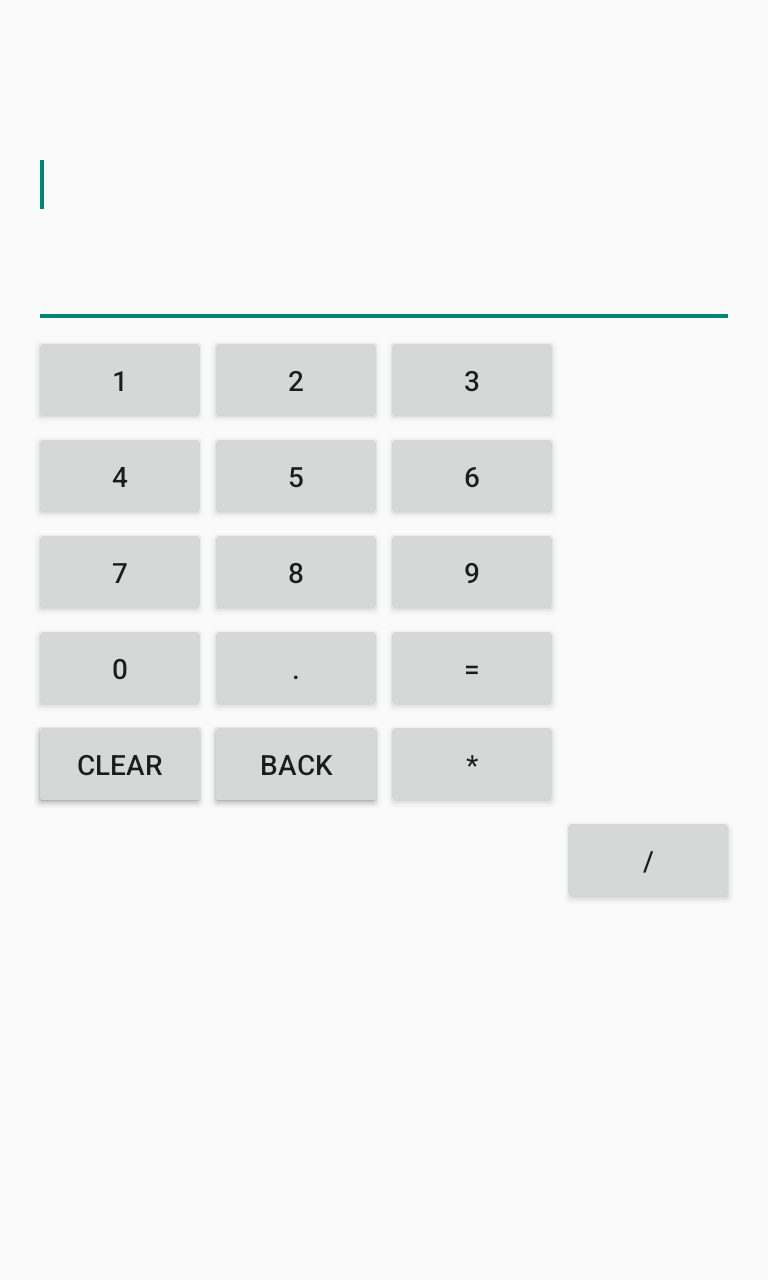
Repository: toa5/CS-399-Project-1
Layout: Calculator/res/layout/activity_calculator.xml
The author's editor kept a copy of each file at every save. The layout is drawn from the files as they stood at one save, then again after the next save.
It is drawn on a 768 x 1280 px phone screen (xhdpi) without system bars, with theme AppTheme; the app's code is not run.

Above is the layout before, as saved 2015-09-27 08:12:22.

### Calculator/res/layout/activity_calculator.xml
<RelativeLayout xmlns:android="http://schemas.android.com/apk/res/android"
    xmlns:tools="http://schemas.android.com/tools"
    xmlns:android1="http://schemas.android.com/apk/res/android"
    android:layout_width="match_parent"
    android:layout_height="match_parent"
    android:paddingBottom="@dimen/activity_vertical_margin"
    android:paddingLeft="@dimen/activity_horizontal_margin"
    android:paddingRight="@dimen/activity_horizontal_margin"
    android:paddingTop="@dimen/activity_vertical_margin"
    tools:context="com.cs399.calculator.CalculatorActivity" >

    <EditText
        android1:id="@+id/textBox"
        android1:layout_width="wrap_content"
        android1:layout_height="wrap_content"
        android1:layout_alignParentEnd="true"
        android1:layout_alignParentLeft="true"
        android1:layout_alignParentRight="true"
        android1:layout_alignParentStart="true"
        android1:layout_alignParentTop="true"
        android1:clickable="false"
        android1:ems="10"
        android1:inputType="text"
        android1:minHeight="150dp" >

        <requestFocus />
    </EditText>

    <Button android1:id="@+id/button1"
        android1:layout_width="wrap_content"
        android1:layout_height="wrap_content"
        android1:layout_alignLeft="@+id/textBox"
        android1:layout_alignStart="@+id/textBox"
        android1:layout_below="@+id/textBox"
        android1:text="@string/num_1" />

    <Button
        android1:id="@+id/button2"
        android1:layout_width="wrap_content"
        android1:layout_height="wrap_content"
        android1:layout_alignBottom="@+id/button1"
        android1:layout_toEndOf="@+id/button1"
        android1:layout_toRightOf="@+id/button1"
        android1:text="@string/num_2" />

    <Button
        android1:id="@+id/button3"
        android1:layout_width="wrap_content"
        android1:layout_height="wrap_content"
        android1:layout_alignTop="@+id/button2"
        android1:layout_toRightOf="@+id/button2"
        android1:layout_toEndOf="@+id/button2"
        android1:text="@string/num_3" />

    <Button
        android1:id="@+id/button4"
        android1:layout_width="wrap_content"
        android1:layout_height="wrap_content"
        android1:layout_alignStart="@+id/button1"
        android1:layout_alignLeft="@+id/button1"
        android1:layout_below="@+id/button1"
        android1:text="@string/num_4" />

    <Button
        android1:id="@+id/button5"
        android1:layout_width="wrap_content"
        android1:layout_height="wrap_content"
        android1:layout_toRightOf="@+id/button4"
        android1:layout_toEndOf="@+id/button4"
        android1:layout_below="@+id/button2"
        android1:text="@string/num_5" />

    <Button
        android1:id="@+id/button6"
        android1:layout_width="wrap_content"
        android1:layout_height="wrap_content"
        android1:layout_toRightOf="@+id/button5"
        android1:layout_toEndOf="@+id/button5"
        android1:layout_below="@id/button3"
        android1:text="@string/num_6" />

    <Button
        android1:id="@+id/button7"
        android1:layout_width="wrap_content"
        android1:layout_height="wrap_content"
        android1:layout_alignStart="@+id/button1"
        android1:layout_alignLeft="@+id/button1"
        android1:layout_below="@+id/button4"
        android1:text="@string/num_7" />

    <Button
        android1:id="@+id/button8"
        android1:layout_width="wrap_content"
        android1:layout_height="wrap_content"
        android1:layout_below="@+id/button5"
        android1:layout_toRightOf="@+id/button4"
        android1:layout_toEndOf="@+id/button4"
        android1:text="@string/num_8" />

    <Button
        android1:id="@+id/button9"
        android1:layout_width="wrap_content"
        android1:layout_height="wrap_content"
        android1:layout_toRightOf="@+id/button8"
        android1:layout_toEndOf="@+id/button8"
        android1:layout_below="@+id/button6"
        android1:text="@string/num_9" />

    <Button android1:id="@+id/button0"
        android1:layout_width="wrap_content"
		android1:layout_height="wrap_content"
		android1:layout_below="@+id/button7"
		android1:layout_alignLeft="@+id/textBox"
        android1:layout_alignStart="@+id/textBox"
		android1:text="@string/num_0" />

    <Button android1:id="@+id/buttonDecimal"
        android1:layout_width="wrap_content"
        android1:layout_height="wrap_content"
        android1:layout_below="@+id/button8"
        android1:layout_toRightOf="@+id/button0"
        android1:layout_toEndOf="@+id/button0"
        android1:text="@string/decimal" />

    <Button
        android1:id="@+id/buttonEqual"
        android1:layout_width="wrap_content"
        android1:layout_height="wrap_content"
        android1:layout_below="@+id/button9"
        android1:layout_toRightOf="@+id/buttonDecimal"
        android1:layout_toEndOf="@+id/buttonDecimal"
        android1:text="@string/equals" />

    <Button android1:id="@+id/buttonPlus"
        android1:layout_width="wrap_content"
        android1:layout_height="wrap_content"
        android1:layout_below="@+id/button0"
        android1:layout_alignLeft="@+id/textBox"
        android1:layout_alignStart="@+id/textBox"
        android1:text="@string/plus" />

	<Button android1:id="@+id/buttonMinus"
	    android1:layout_width="wrap_content"
	    android1:layout_height="wrap_content"
	    android1:layout_toEndOf="@+id/buttonPlus"
	    android1:layout_toRightOf="@+id/buttonPlus"
	    android1:layout_below="@+id/buttonDecimal"
	    android1:text="@string/minus" />

	<Button
        android1:id="@+id/buttonMultiply"
        android1:layout_width="wrap_content"
        android1:layout_height="wrap_content"
        android1:layout_toRightOf="@+id/buttonMinus"
        android1:layout_toEndOf="@+id/buttonMinus"
        android1:layout_below="@+id/buttonEqual"
        android1:text="@string/multiply" />

    <Button android1:id="@+id/buttonDivide"
        android1:layout_width="wrap_content"
        android1:layout_height="wrap_content"
        android1:layout_below="@+id/buttonMultiply"
        android1:layout_toRightOf="@+id/buttonEqual"
        android1:layout_toEndOf="@+id/buttonEqual"
        android1:text="@string/divide" />

    <Button
        android1:id="@+id/buttonClear"
        android1:layout_width="wrap_content"
        android1:layout_height="wrap_content"
        android1:layout_below="@+id/button0"
        android1:layout_alignStart="@+id/button1"
        android1:layout_alignLeft="@+id/button1"
        android1:text="@string/clear" />

    <Button
        android1:id="@+id/buttonBack"
        android1:layout_width="wrap_content"
        android1:layout_height="wrap_content"
        android1:layout_below="@+id/buttonDecimal"
        android1:layout_toRightOf="@+id/buttonClear"
        android1:layout_toEndOf="@+id/buttonClear"
        android1:text="@string/back" />

</RelativeLayout>

### Calculator/res/values/strings.xml
<?xml version="1.0" encoding="utf-8"?>
<resources>

    <string name="app_name">Calculator</string>
    <string name="action_settings">Settings</string>
    <string name="num_1">1</string>
    <string name="num_2">2</string>
    <string name="num_3">3</string>
    <string name="num_4">4</string>
    <string name="num_5">5</string>
    <string name="num_6">6</string>
	<string name="num_7">7</string>
	<string name="num_8">8</string>
	<string name="num_9">9</string>
	<string name="num_0">0</string>
	<string name="plus">+</string>
	<string name="minus">-</string>
	<string name="multiply">*</string>
	<string name="divide">/</string>
	<string name="clear">Clear</string>
	<string name="equals">=</string>
	<string name="back">Back</string>
	<string name="decimal">.</string>

</resources>

Loaded but not shown: Calculator/res/values/styles.xml (common file); Calculator/res/values-v11/styles.xml (common file); Calculator/res/values-v14/styles.xml (common file); Calculator/res/values/dimens.xml (common file); Calculator/res/values-w820dp/dimens.xml (common file)

After the next save:
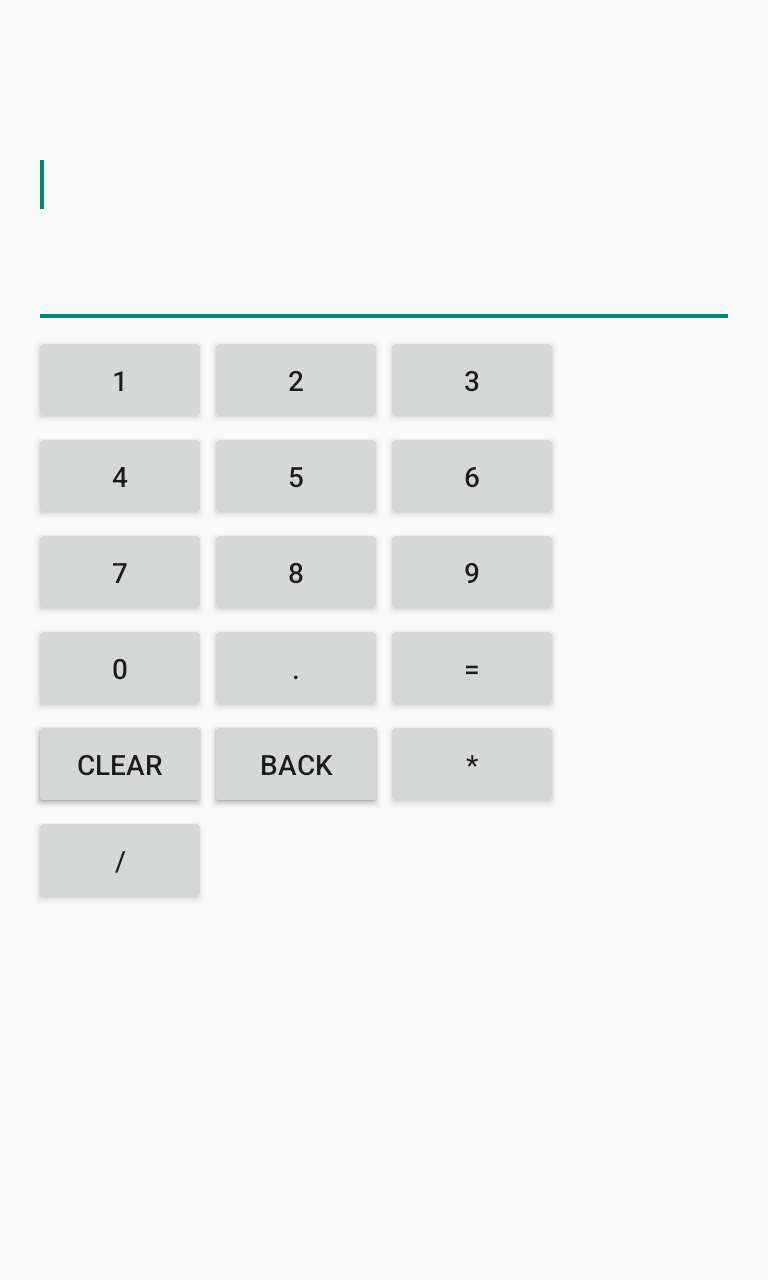
Saved 16 s later.
--- a/Calculator/res/layout/activity_calculator.xml
+++ b/Calculator/res/layout/activity_calculator.xml
@@ -159,9 +159,9 @@
     <Button android1:id="@+id/buttonDivide"
         android1:layout_width="wrap_content"
         android1:layout_height="wrap_content"
-        android1:layout_below="@+id/buttonMultiply"
-        android1:layout_toRightOf="@+id/buttonEqual"
-        android1:layout_toEndOf="@+id/buttonEqual"
+        android1:layout_below="@+id/buttonPlus"
+       	android1:layout_alignLeft="@+id/textBox"
+        android1:layout_alignStart="@+id/textBox"
         android1:text="@string/divide" />
 
     <Button
